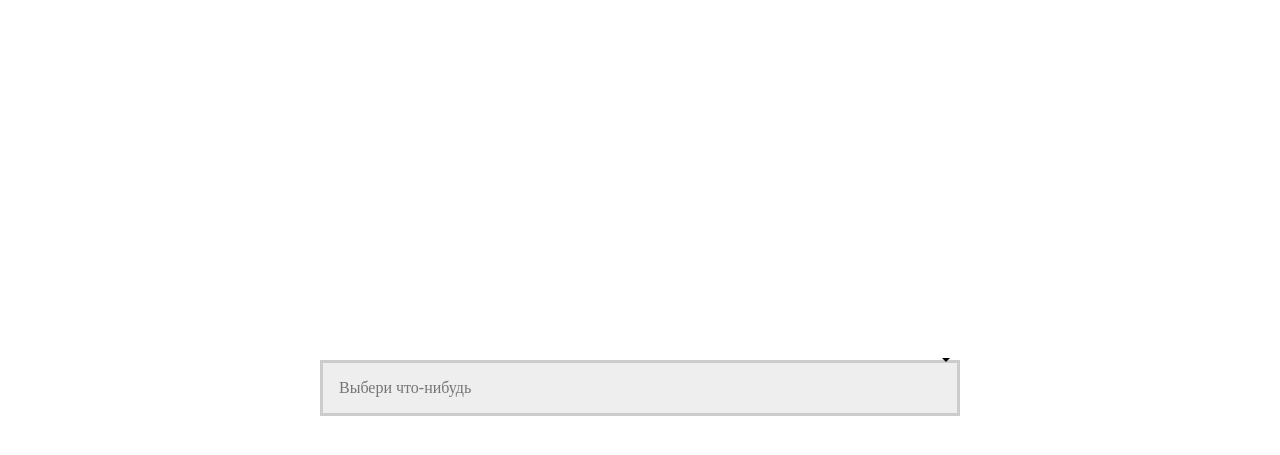
Repository: spihex/stage2-custom-dropdown
Page: index.html
The author's editor kept a copy of each file at every save. The page is drawn from the files as they stood at one save, then again after the next save.
The browser window is 1280 px wide. The pictures show the whole page.

Above is the page before, as saved 2021-02-08 12:34:25.

After the next save:
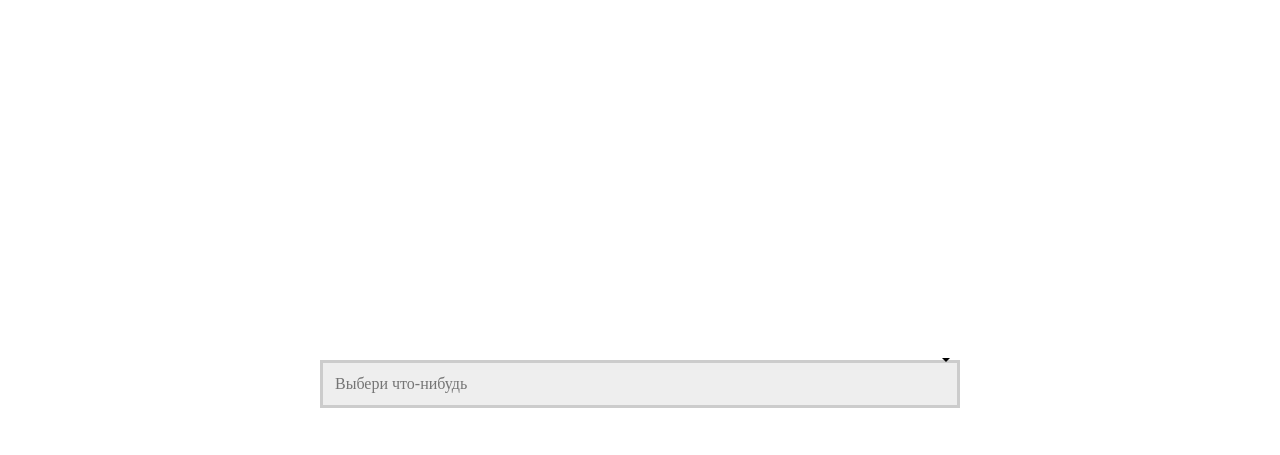
Saved 4 min 57 s later.
--- a/css/main.css
+++ b/css/main.css
@@ -35,7 +35,7 @@ input {
 }
 
 .dropdown__input {
-    padding: 1rem;
+    padding: 12px;
     background-color: #eee;
     border: 3px solid #ccc;
     cursor: pointer;
@@ -47,7 +47,7 @@ input {
 
 .dropdown__list {
     list-style: none;
-    margin: 3.3rem 0 0 0;
+    margin: 0 0 0 0;
     padding: 0;
     overflow: hidden;
     max-height: 0;
@@ -62,7 +62,7 @@ input {
 
 .dropdown__item {
     position: relative;
-    padding: 1rem;
+    padding: 12px;
     display: flex;
     align-items: center;
     background-color: #eee;
